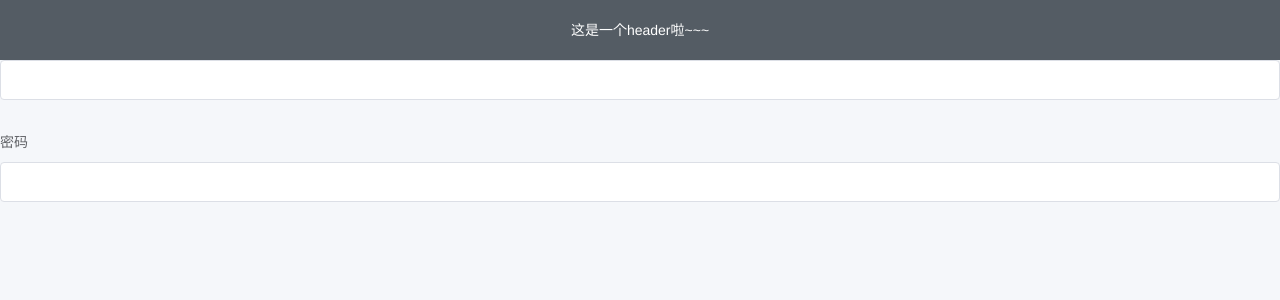
Repository: KTDefTnT/node_front_admin
Page: /#/
These files come from the project's save history. The page is drawn as it stood at one moment and after the next save; the edit follows.
The browser window is 1280 px wide. The pictures show the whole page.
The project was rebuilt for these pictures with package versions that can differ from the ones it lists, and the page was loaded fresh each time. Also part of the build but not shown: vue.config.js, src/assets/scss/theme_reset.scss.

Above is the page before, as saved 2020-06-29 17:08:18.

After the next save:
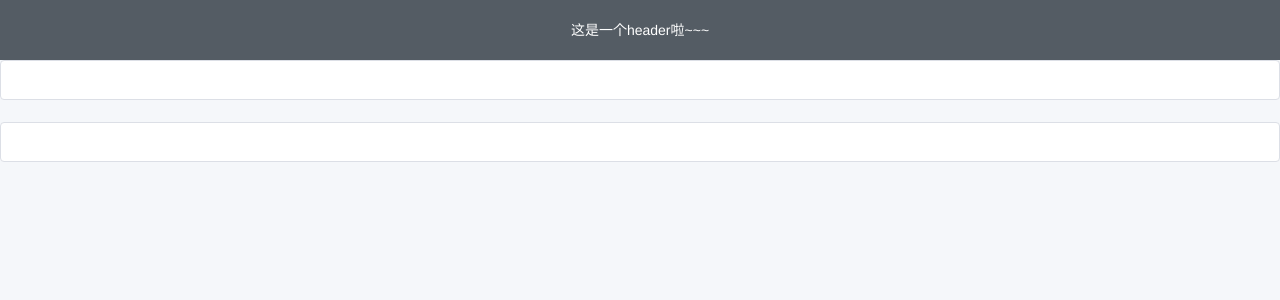
Saved 13 min 1 s later.
--- a/src/views/Login.vue
+++ b/src/views/Login.vue
@@ -6,7 +6,7 @@
         <el-form-item  prop="userName">
           <el-input v-model="form.userName"></el-input>
         </el-form-item>
-        <el-form-item label="密码" prop="password">
+        <el-form-item prop="password">
           <el-input type="password" v-model="form.password"></el-input>
         </el-form-item>
       </el-form>
